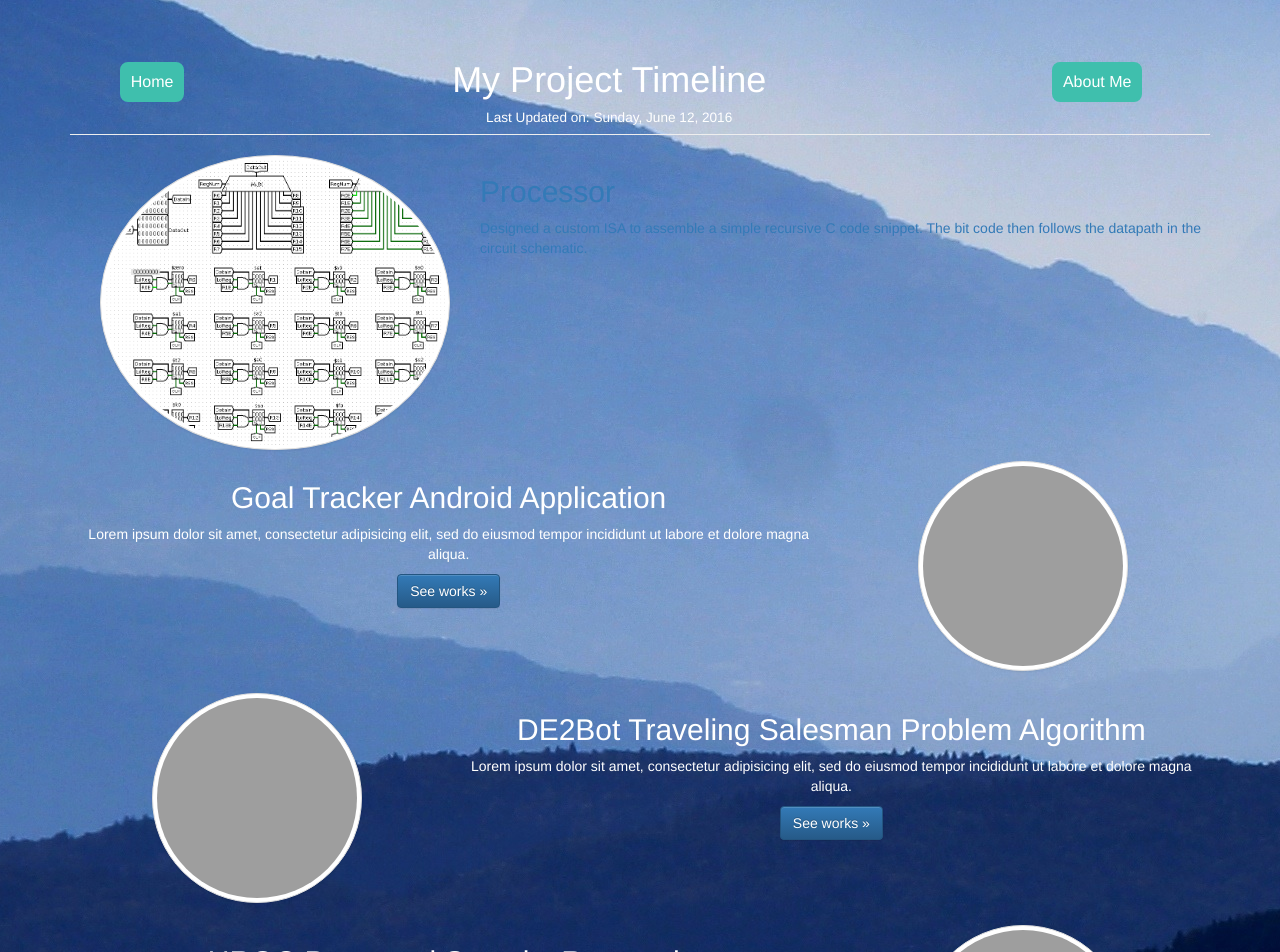
Repository: austinHerring/PersonalWebsite
Page: PersonalWebsite/WebContent/projects.html
An editor plug-in stored every save of this project. The page is shown before and after the next save, followed by the edit.
The browser window is 1280 px wide. The pictures show the part of the page from y = 0 to 952 px (the page is 1378 px tall before and 1403 px after).
Pictures or frames that could not be fetched are drawn as grey boxes.

Above is the page before, as saved 2016-06-13 05:03:01.

After the next save:
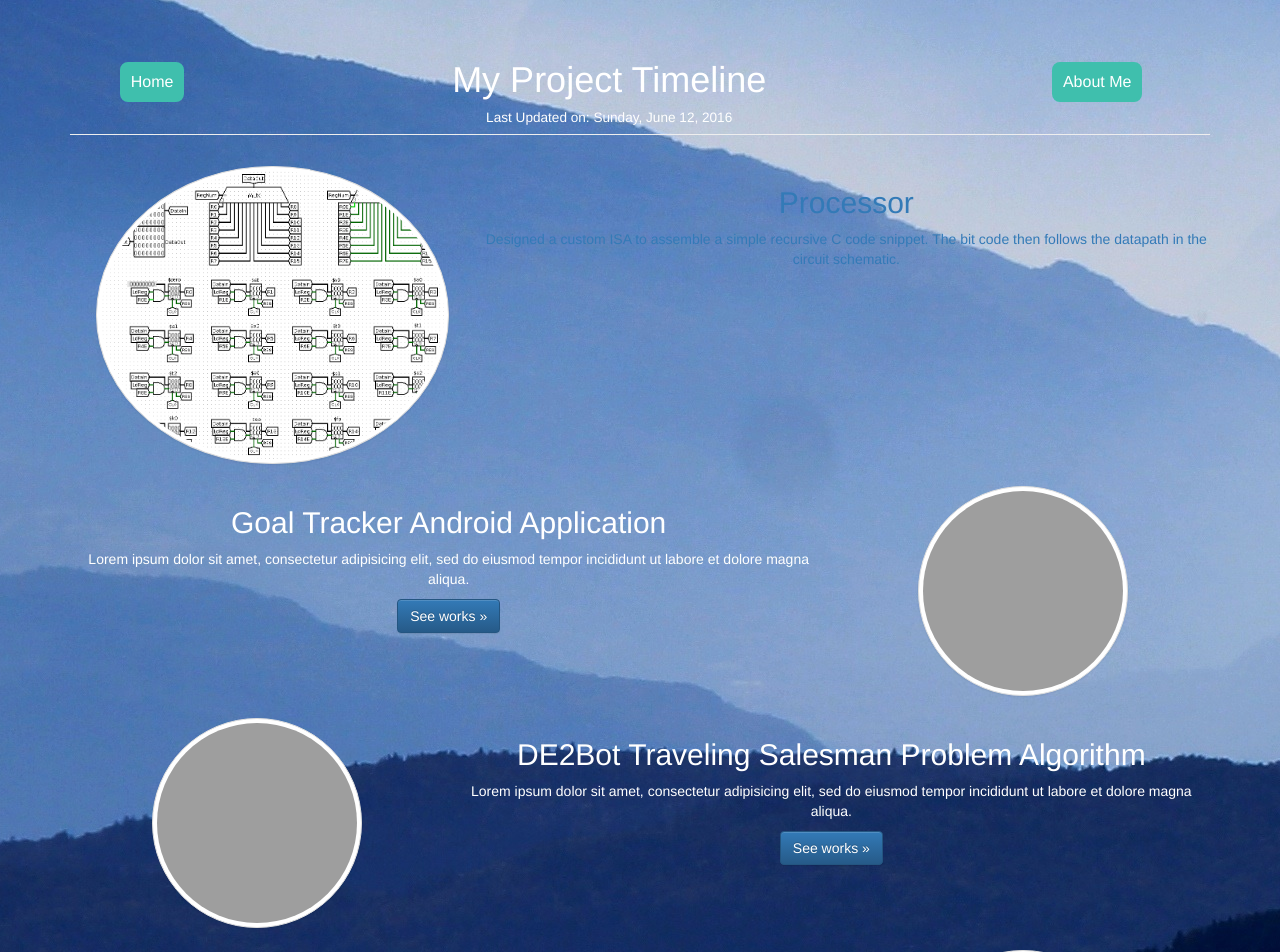
Saved 21 s later.
--- a/PersonalWebsite/WebContent/projects.html
+++ b/PersonalWebsite/WebContent/projects.html
@@ -27,7 +27,7 @@
   </div>
   <a href="">
   	<div class="container">
-	    <div >
+	    <div class="row stylish-panel">
 	      <div class="col-md-4">
 	        <div>
 	          <img src="images/processor.png" alt="Register File" class="img-circle img-thumbnail">
